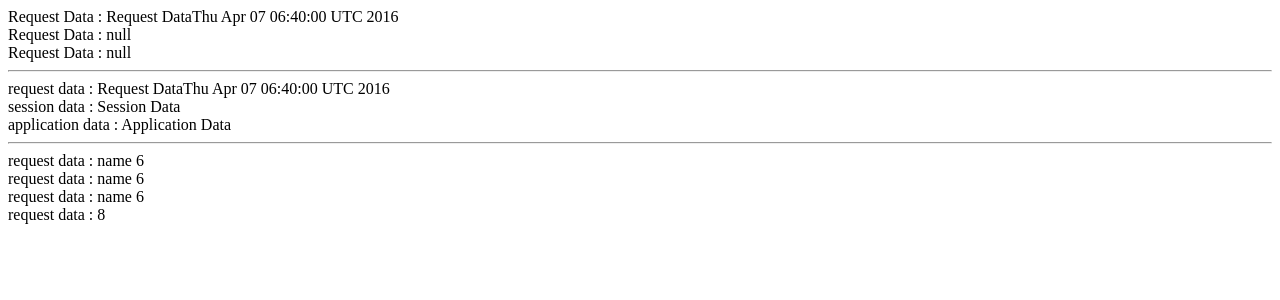
Repository: yeobinJeong/demoweb
Page: http://localhost/example-web/eltest.action
The author's editor kept a copy of each file at every save. The page is drawn from the files as they stood at one save, then again after the next save.
The browser window is 1280 px wide. The pictures show the whole page.
The page is served by Tomcat 9. Other server files are loaded and not shown.

Above is the page before, as saved 2016-04-20 02:37:41.

### example-web/WebContent/jspdemo/10.el-result.jsp
<%@ page language="java"
	contentType="text/html; charset=utf-8"
	pageEncoding="utf-8"%>
<!DOCTYPE html>
<html>
<head>
<meta charset="utf-8">
<title></title>
</head>
<body>

	Request Data : <%= request.getAttribute("data1") %><br/>
	Request Data : <%= request.getAttribute("data2") %><br/>
	Request Data : <%= request.getAttribute("data3") %><br/>


	<hr/>

	request data : ${ requestScope.data1 }<br/>
	session data : ${ sessionScope.data2 }<br/>
	application data : ${ applicationScope.data3 }<br/>

	<hr/>
		request data : ${ persons.get(3).name }<br/> <!-- getName() -->
		request data : ${ persons[3].name }<br/> <!-- getName() -->
		request data : ${ personht["key3"].name }<br/> <!-- getName() -->
		request data : ${ 3+5 }<br/> <!-- getName() -->


</body>
</html>

### example-web/src/com/exampleweb/servlet/ELTestServlet.java
package com.exampleweb.servlet;

import java.io.IOException;
import java.util.ArrayList;
import java.util.Date;
import java.util.Hashtable;

import javax.servlet.ServletException;
import javax.servlet.annotation.WebServlet;
import javax.servlet.http.HttpServlet;
import javax.servlet.http.HttpServletRequest;
import javax.servlet.http.HttpServletResponse;

import com.exampleweb.dto.Person;

@WebServlet(value = "/eltest.action")
public class ELTestServlet extends HttpServlet {

	protected void doPost(HttpServletRequest req, HttpServletResponse resp) throws ServletException, IOException {
		doGet(req, resp);
	}

	protected void doGet(HttpServletRequest req, HttpServletResponse resp) throws ServletException, IOException {

		req.setAttribute("data1","Request Data" + new Date());
		req.getSession().setAttribute("data2", "Session Data");
		req.getServletContext().setAttribute("data3", "Application Data");



		/*Person person = new Person();
		person.setNum(1);
		person.setName("john");
		person.setEmail("google");
//		req.setAttribute("person", person);*/

		ArrayList<Person> persons = new ArrayList<>();
		Hashtable<String, Person> ht = new Hashtable<>();

		for( int i=0; i<5; i++){
			Person p = new Person();
			p.setNum(i);
			p.setName("name "+ (i*2));
			p.setEmail("Email "+ i);
			persons.add(p);

			ht.put("key" +i, p);
		}
		req.setAttribute("persons", persons);
		req.setAttribute("personht", ht);
		req.getRequestDispatcher("/jspdemo/10.el-result.jsp").forward(req,resp);
	}

}

### example-web/src/com/exampleweb/dto/Person.java
package com.exampleweb.dto;

public class Person {

	private int num;
	private String name;
	private String email;


	public int getNum() {
		return num;
	}
	public void setNum(int num) {
		this.num = num;
	}
	public String getName() {
		return name;
	}
	public void setName(String name) {
		this.name = name;
	}
	public String getEmail() {
		return email;
	}
	public void setEmail(String email) {
		this.email = email;
	}


}

After the next save:
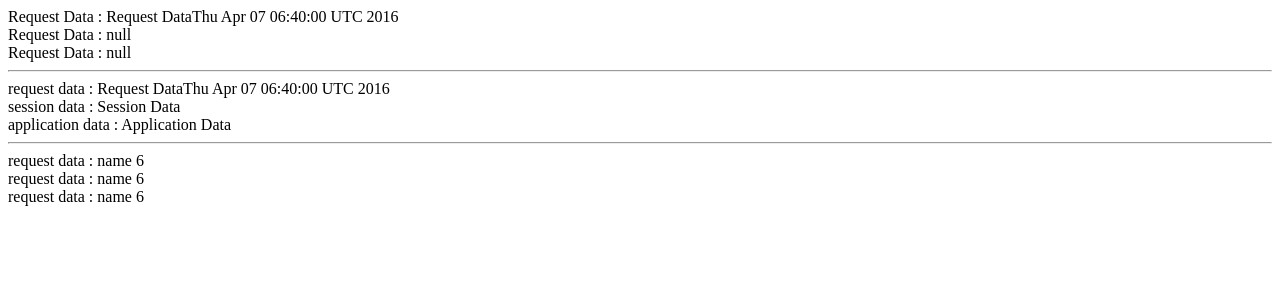
Saved 6 min 30 s later.
--- a/example-web/WebContent/jspdemo/10.el-result.jsp
+++ b/example-web/WebContent/jspdemo/10.el-result.jsp
@@ -21,10 +21,10 @@
 	application data : ${ applicationScope.data3 }<br/>
 
 	<hr/>
-		request data : ${ persons.get(3).name }<br/> <!-- getName() -->
-		request data : ${ persons[3].name }<br/> <!-- getName() -->
-		request data : ${ personht["key3"].name }<br/> <!-- getName() -->
-		request data : ${ 3+5 }<br/> <!-- getName() -->
+	request data : ${ persons.get(3).name }<br/> <!-- getName() -->
+	request data : ${ persons[3].name }<br/> <!-- getName() -->
+	request data : ${ personht["key3"].name }<br/> <!-- getName() -->
+
 
 
 </body>
